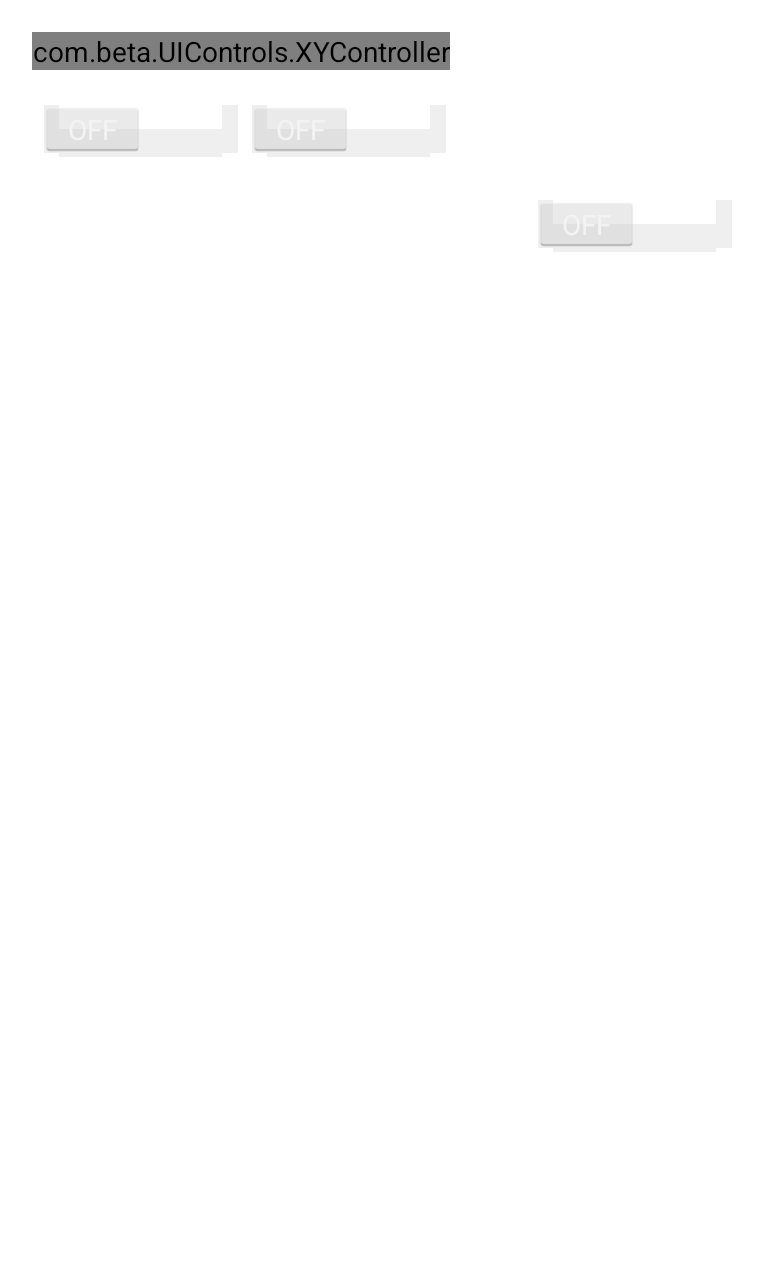
Repository: MIDIeval/MIDIeval
Layout: ImperiusB/MIDIeval/res/layout/test.xml
These files come from the project's save history. The layout is drawn as it stood at one moment and after the next save; the edit follows.
Pictures or frames that could not be fetched are drawn as grey boxes. It is drawn on a 768 x 1280 px phone screen (xhdpi) without system bars, with theme AppTheme; the app's code is not run.

Above is the layout before, as saved 2013-09-16 17:40:02.

### ImperiusB/MIDIeval/res/layout/test.xml
<RelativeLayout xmlns:android="http://schemas.android.com/apk/res/android"
    xmlns:tools="http://schemas.android.com/tools"
    xmlns:custom="http://schemas.android.com/apk/res/com.example.xycontroller"
    android:layout_width="wrap_content"
    android:layout_height="wrap_content"
    android:paddingBottom="@dimen/activity_vertical_margin"
    android:paddingLeft="@dimen/activity_horizontal_margin"
    android:paddingRight="@dimen/activity_horizontal_margin"
    android:paddingTop="@dimen/activity_vertical_margin"
    tools:context=".MainActivity" >

    <com.beta.UIControls.XYController
        android:id="@+id/xy_controller"
        android:layout_width="wrap_content"
        android:layout_height="wrap_content" />

    <LinearLayout
        android:layout_width="match_parent"
        android:layout_height="wrap_content">
    <Switch
        android:id="@+id/switch1"
        android:layout_width="wrap_content"
        android:layout_height="wrap_content"
        android:layout_alignParentLeft="true"
        android:layout_below="@id/xy_controller"
        android:switchMinWidth = "50dp"
        android:switchPadding="50dp"
        android:minWidth="50dp"
        android:text="X-Var"
        android:layout_weight="1" />

    <Switch
        android:id="@+id/Switch02"
        android:layout_width="wrap_content"
        android:layout_height="wrap_content"
        android:layout_alignParentLeft="true"
        android:layout_below="@id/switch1"
        android:switchMinWidth = "50dp"
        android:switchPadding="50dp"
        android:minWidth="50dp"
        android:text="Y-Var"
        android:layout_weight="1" />
    <Switch
        android:id="@+id/Switch03"
        android:layout_width="wrap_content"
        android:layout_height="wrap_content"
        android:layout_alignParentLeft="true"
        android:layout_below="@id/Switch02"
        android:switchMinWidth = "50dp"
        android:switchPadding="50dp"
        android:minWidth="50dp"
        android:text="Double tap"
        android:layout_weight="1" />
	</LinearLayout>
</RelativeLayout>

Loaded but not shown: ImperiusB/MIDIeval/res/values/styles.xml (common file); ImperiusB/MIDIeval/res/values-v11/styles.xml (common file); ImperiusB/MIDIeval/res/values-v14/styles.xml (common file); ImperiusB/MIDIeval/res/values/dimens.xml (common file)

After the next save:
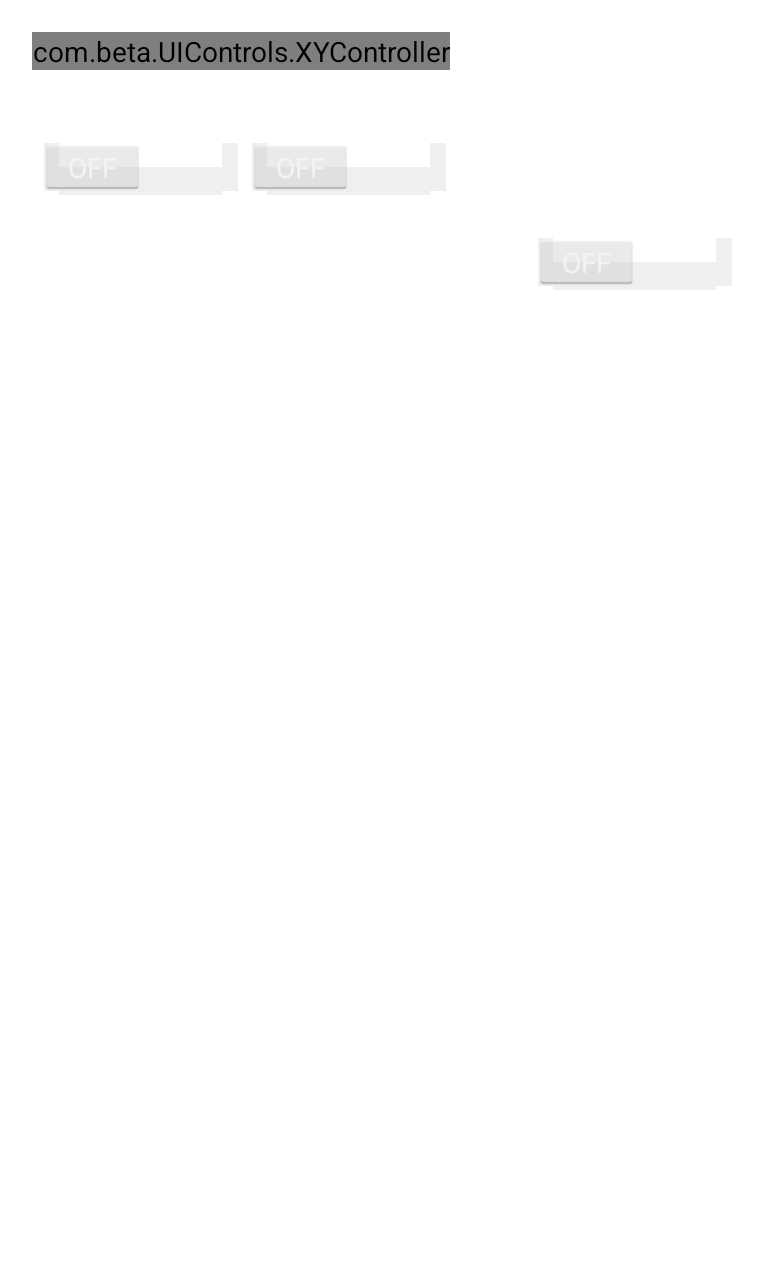
Saved 60 s later.
--- a/ImperiusB/MIDIeval/res/layout/test.xml
+++ b/ImperiusB/MIDIeval/res/layout/test.xml
@@ -15,6 +15,7 @@
         android:layout_height="wrap_content" />
 
     <LinearLayout
+        android:layout_below="@+id/xy_controller"
         android:layout_width="match_parent"
         android:layout_height="wrap_content">
     <Switch
